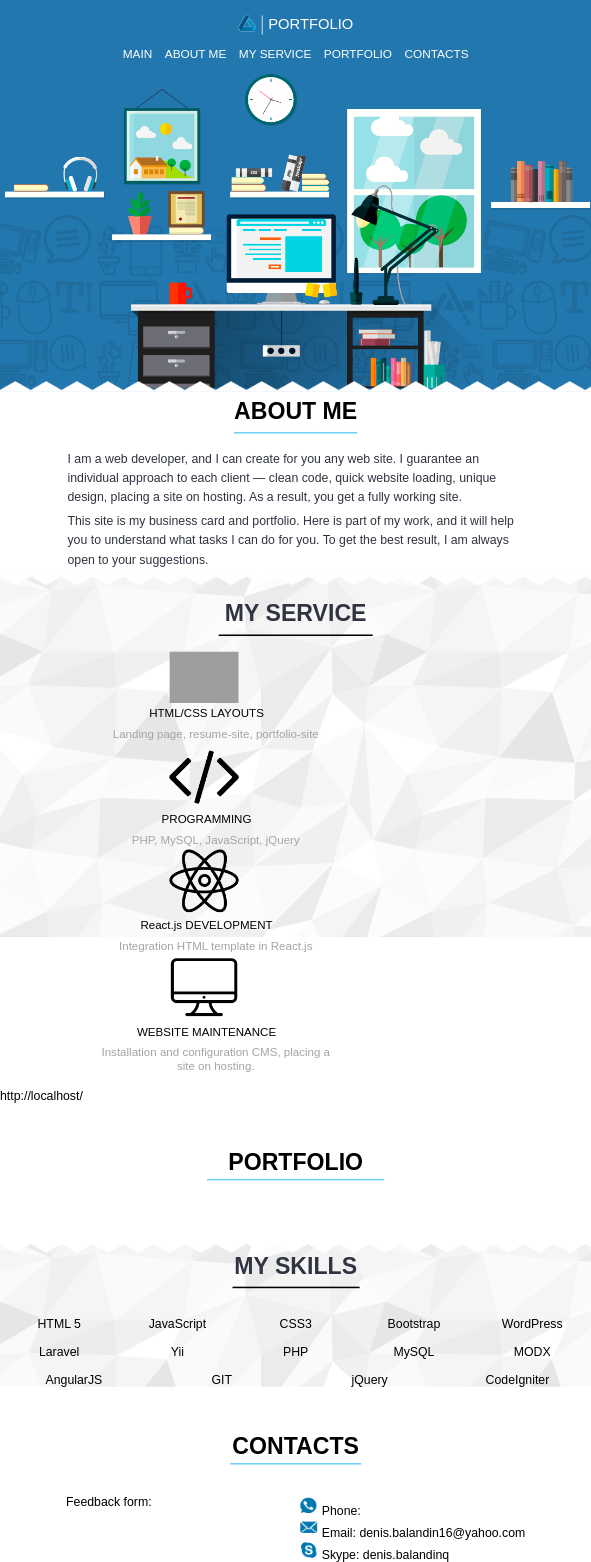
Repository: DenisBalandin/Portfolio
Page: /
These files come from the project's save history. The page is drawn as it stood at one moment and after the next save; the edit follows.
The browser window is 768 px wide. The pictures show the whole page, at 77% of full size.
Pictures or frames that could not be fetched are drawn as grey boxes. The page's requests for data from a server got no answer. The project was rebuilt for these pictures with package versions that can differ from the ones it lists, and the page was loaded fresh each time. No one was signed in, and anything a server would have sent is missing. Also part of the build but not shown: src/ItemPage.js.

Above is the page before, as saved 2020-03-07 15:40:41.

After the next save:
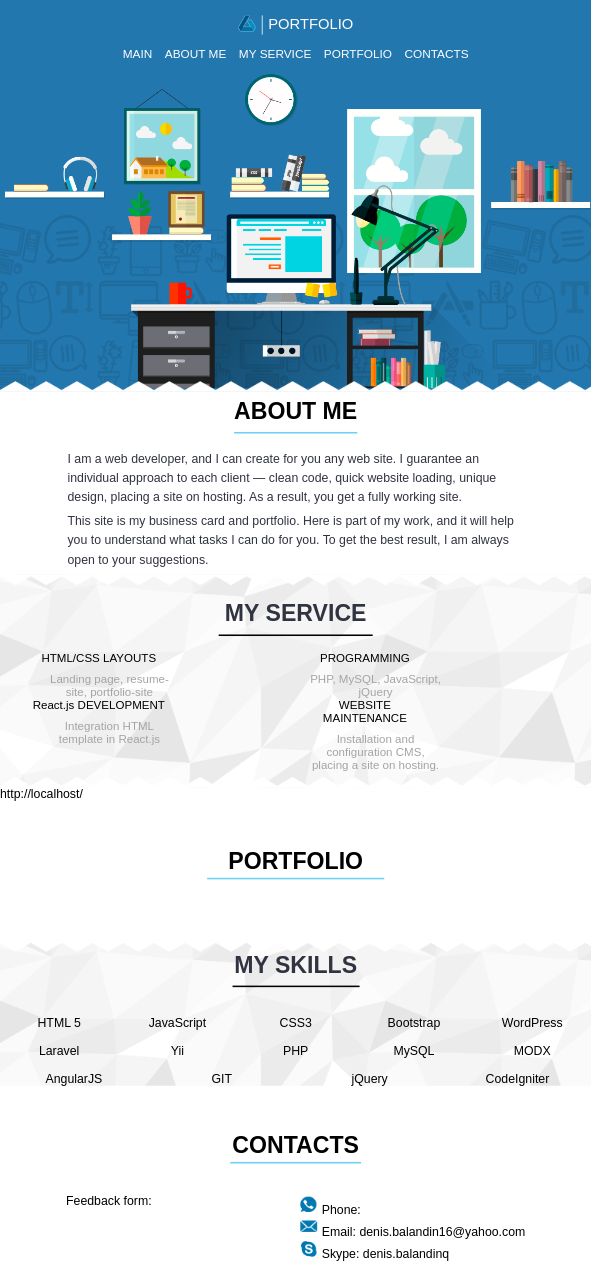
Saved 43 s later.
--- a/src/style.scss
+++ b/src/style.scss
@@ -436,20 +436,20 @@
         display: none
     }
     #my_service{
-        width: 70%!important;
+        width: 90%!important;
         flex-wrap: wrap;
-        // div{
-        //     // width: 50%!important;
-        //     // text-align: center;
-        //     .text_img{
-        //         display: none;
-        //         // width: 20%!important;
-        //         // margin: 0 auto 0 auto;
-        //         // img{
-        //         //    width: 100%;
-        //         // }
-        //       }
-        // }
+        div{
+             width: 50%!important;
+            // text-align: center;
+            .text_img{
+                display: none;
+                // width: 20%!important;
+                // margin: 0 auto 0 auto;
+                // img{
+                //    width: 100%;
+                // }
+              }
+        }
 
     }
 
